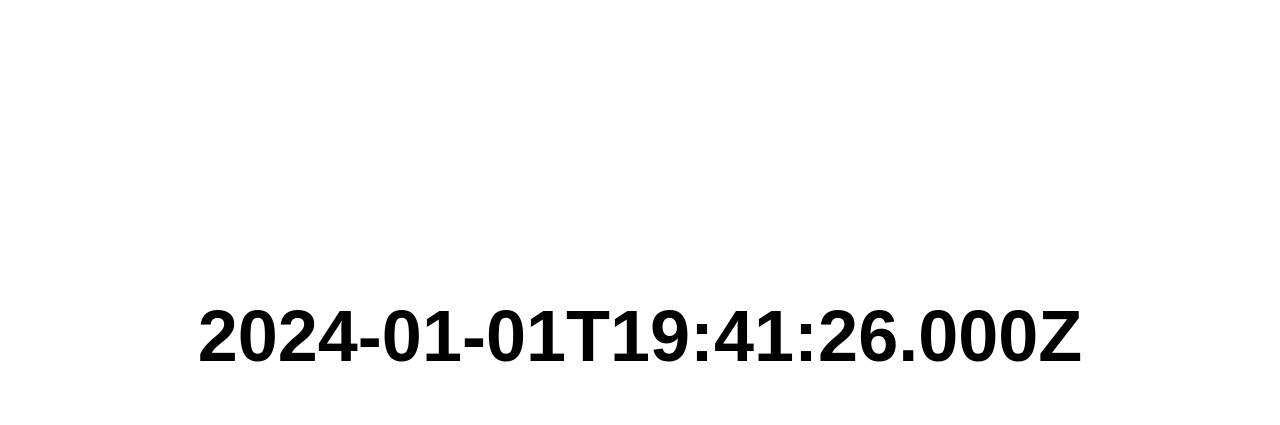
Repository: end888160/end888160.github.io
Page: clock_utc_iso8601.html
The author's editor kept a copy of each file at every save. The page is drawn from the files as they stood at one save, then again after the next save.
The browser window is 1280 px wide. The pictures show the whole page.

Above is the page before, as saved 2024-09-22 22:11:26.

### clock_utc_iso8601.html
<!DOCTYPE html>
<head>
	<meta charset="UTF-8">
	<meta name="viewport" content="width=device-width, initial-scale=1.0">
	<title>Simple ISO8601 Time</title>
	<style>
	h1{
		text-align: center;
		text-align-last: center;
		justify-content: center;
		display: flex;
		height: 80vh;
		align-items: center;
		font-size: 72px;
		font-family: Arial, Helvetica, "Noto Sans", sans-serif;

	}
	body {
		overflow: hidden; /* Hide scrollbars */
	}
	@media (prefers-color-scheme: light) {
		body {
		background-color: white;
		color: black;
		}
	}
	@media (prefers-color-scheme: dark) {
		body {
		background-color: black;
		color: white;
		}
	}

	</style>
</head>
<body>
	<div id="clock">
		<h1 id="datetime"></h1>
	</div>
	<script>
		function clock() {
			var today = new Date();

			var year = today.getUTCFullYear();
			var months = today.getUTCMonth() + 1;
			var days = today.getUTCDate();
			var hours = today.getUTCHours();
			var minutes = today.getUTCMinutes();
			var seconds = today.getUTCSeconds();
			var mseconds = today.getUTCMilliseconds();

			var month = months < 10 ? "0" + months : months;
			var day = days < 10 ? "0" + days : days;
			var hour = hours < 10 ? "0" + hours : hours;
			var minute = minutes < 10 ? "0" + minutes : minutes;
			var second = seconds < 10 ? "0" + seconds : seconds;
			var msecond = mseconds < 10 ? "0" + "0" + mseconds : mseconds < 100 ? "0" + mseconds : mseconds;
			var date = year + "-" + month + "-" + day;
			var time = hour + ":" + minute + ":" + second + "." + msecond;
			var dateTime = date + "T" + time + "Z";
			document.getElementById("datetime").innerHTML = dateTime;
			document.title = hour + ":" + minute + ":" + second + " UTC";
			setTimeout(clock, 1);
		}
	clock()
	</script>
</body>
</html>

After the next save:
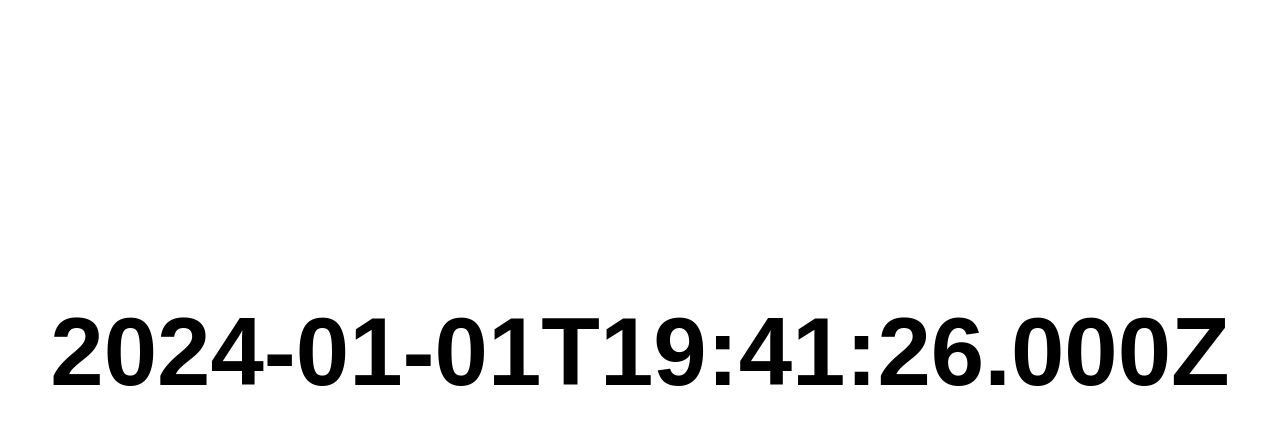
Saved 7 s later.
--- a/clock_utc_iso8601.html
+++ b/clock_utc_iso8601.html
@@ -4,6 +4,9 @@
 	<meta name="viewport" content="width=device-width, initial-scale=1.0">
 	<title>Simple ISO8601 Time</title>
 	<style>
+	html {
+		font-family: Arial, Helvetica, 'Gill Sans', 'Gill Sans MT', Calibri, 'Trebuchet MS', sans-serif;
+	}
 	h1{
 		text-align: center;
 		text-align-last: center;
@@ -11,8 +14,7 @@
 		display: flex;
 		height: 80vh;
 		align-items: center;
-		font-size: 72px;
-		font-family: Arial, Helvetica, "Noto Sans", sans-serif;
+		font-size: 7.5vw;
 
 	}
 	body {
@@ -30,7 +32,12 @@
 		color: white;
 		}
 	}
-
+	@media only screen and (orientation: portrait) {
+		h1 {
+			font-size: 7.5vw;
+			word-wrap: break-word;
+		}
+	}
 	</style>
 </head>
 <body>
